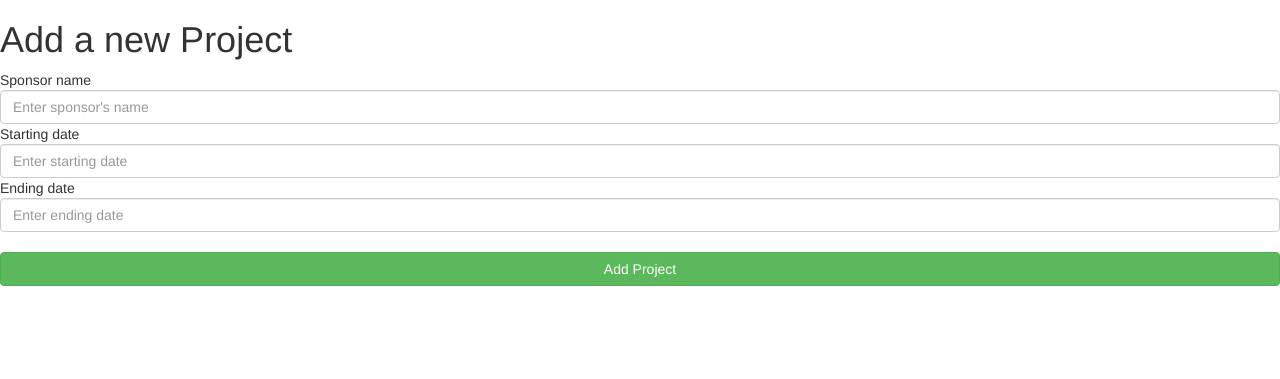
Repository: cpham19/DatabaseSite
Page: http://localhost/database/AddStudent.jsp
The author's editor kept a copy of each file at every save. The page is drawn from the files as they stood at one save, then again after the next save.
The browser window is 1280 px wide. The pictures show the whole page.
The page is served by Tomcat 9. Other server files are loaded and not shown.

Above is the page before, as saved 2017-07-30 04:40:39.

### database/src/main/webapp/AddStudent.jsp
<%@ page language="java" contentType="text/html; charset=UTF-8" pageEncoding="UTF-8"%>
<%@ taglib prefix="c" uri="http://java.sun.com/jsp/jstl/core" %>
<%@ taglib prefix="fn" uri="http://java.sun.com/jsp/jstl/functions" %>
<!doctype html>
<html lang="en">
<head>
	<title>Faculty</title>
	<!-- Latest compiled and minified CSS -->
	<link rel="stylesheet" href="https://maxcdn.bootstrapcdn.com/bootstrap/3.3.7/css/bootstrap.min.css" integrity="sha384-BVYiiSIFeK1dGmJRAkycuHAHRg32OmUcww7on3RYdg4Va+PmSTsz/K68vbdEjh4u" crossorigin="anonymous">
</head>
<body>
	<h1>Add a new Project</h1>
	<form action="AddStudent" method="post">
		Sponsor name <input type="text" class="form-control" id="sponsorName" name="sponsorName" placeholder="Enter sponsor's name">
		Starting date <input type="text" class="form-control" id="startingDate" name="startingDate" placeholder="Enter starting date">
		Ending date <input type="text" class="form-control" id="endingDate" name="endingDate" placeholder="Enter ending date">
		<br/>
		<button type="submit" class="btn btn-success btn-block">Add Project</button>
	</form>

</body>
</html>

After the next save:
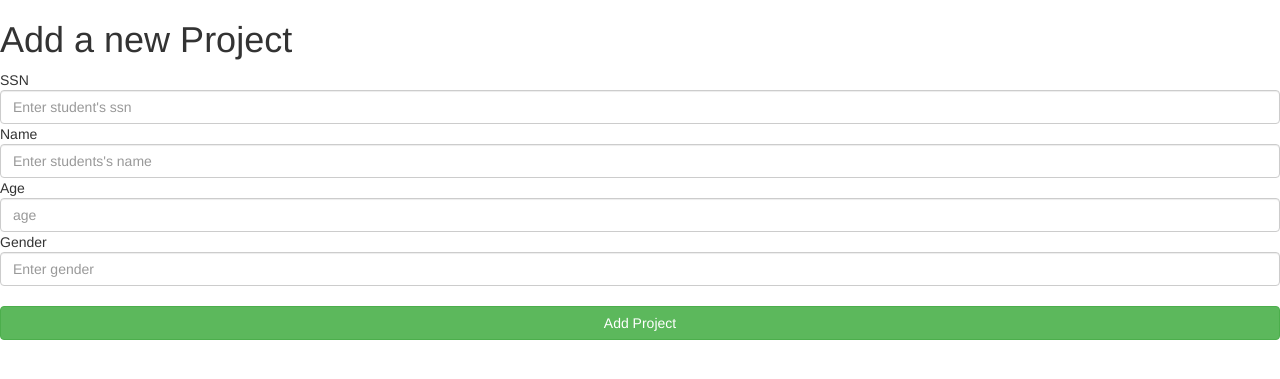
Saved 74 s later.
--- a/database/src/main/webapp/AddStudent.jsp
+++ b/database/src/main/webapp/AddStudent.jsp
@@ -11,9 +11,10 @@
 <body>
 	<h1>Add a new Project</h1>
 	<form action="AddStudent" method="post">
-		Sponsor name <input type="text" class="form-control" id="sponsorName" name="sponsorName" placeholder="Enter sponsor's name">
-		Starting date <input type="text" class="form-control" id="startingDate" name="startingDate" placeholder="Enter starting date">
-		Ending date <input type="text" class="form-control" id="endingDate" name="endingDate" placeholder="Enter ending date">
+		SSN <input type="text" class="form-control" id="ssn" name="ssn" placeholder="Enter student's ssn">
+		Name <input type="text" class="form-control" id="name" name="name" placeholder="Enter students's name">
+		Age <input type="text" class="form-control" id="age" name="age" placeholder="age">
+		Gender <input type="text" class="form-control" id="gender" name="gender" placeholder="Enter gender">
 		<br/>
 		<button type="submit" class="btn btn-success btn-block">Add Project</button>
 	</form>
